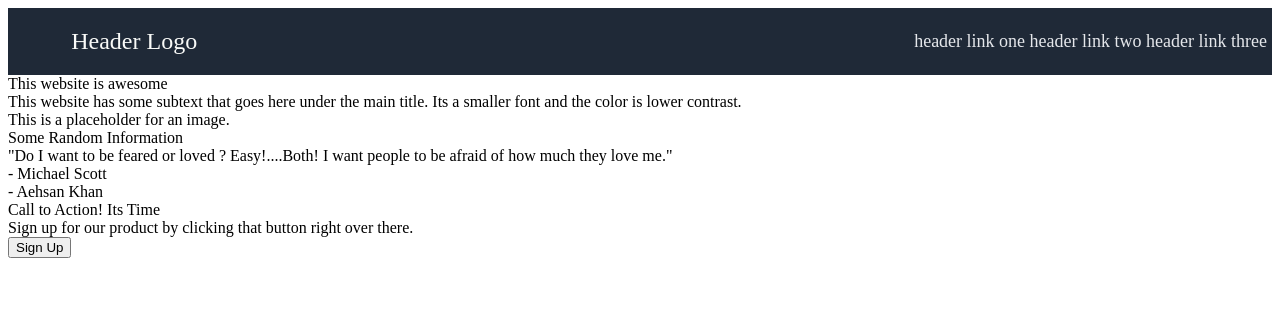
Repository: Aehsan4004/odinlandpage
Page: index.html
The author's editor kept a copy of each file at every save. The page is drawn from the files as they stood at one save, then again after the next save.
The browser window is 1280 px wide. The pictures show the whole page.

Above is the page before, as saved 2025-02-10 09:17:09.

### index.html
<!DOCTYPE html>
<html lang="en">
<head>
    <meta charset="UTF-8">
    <meta name="viewport" content="width=device-width, initial-scale=1.0">
    <title>Odin Project Landing Page</title>
    <link rel="stylesheet" href="styles.css">
</head>
<body>
    <div class="one">
        <div class="logo">
            Header Logo
        </div>
        <div class="head-links">
            <ul>
                <a>header link one</a>
                <a>header link two</a>
                <a>header link three</a>
            </ul>
        </div>
    </div>

    <div class="two">
        <div class="left-box">
            <div class="title">
                This website is awesome
            </div>

            <div class="content">
                This website has some subtext that goes here under the main title. Its a smaller font and the color is lower contrast.
            </div>

        </div>
        <div class="right-box">
            This is a placeholder for an image.
        </div>

    </div>

    <div class="three">
        <div class="opt-head">
            Some Random Information
        </div>
        <div class="menu-box">
            <div class="box" id="1"></div>
            <div class="box" id="2"></div>
            <div class="box" id="3"></div>
            <div class="box" id="4"></div>
        </div>

    </div>

    <div class="four">
        <div class="quote">
            "Do I want to be feared or loved ?
             Easy!....Both!
             I want people to be afraid of how much they love me."
        </div>
        <div class="quoter"> - Michael Scott</div>
        <div class="requoter"> - Aehsan Khan</div>
    </div>

    <div class="five">
        <div class="foot-box">
            <div class="call2act">
                <div class="main"> Call to Action! Its Time</div>
                <div class="supp">Sign up for our product by clicking that button right over there.</div>
            </div>
            <button class="signup-btn">Sign Up</button>
        </div>

    </div>
</body>
</html>

### styles.css
body {
    display: flex;
    flex-direction: column;
    /* flex: 1 1 100%; */
    /* min-height: 100%; */
    /* align-items: center; */
    justify-content: center;
}

.one {
    display: flex;
    justify-content: space-between;
    align-items: center;
    background-color: #1f2937;
}

.logo {
    font-size: 24px;
    color: #f9faf8;
    margin-left: 5%;
}

.head-links {
    color: #e5e7eb;
    font-size: 18px;
    margin: 5px;
}

After the next save:
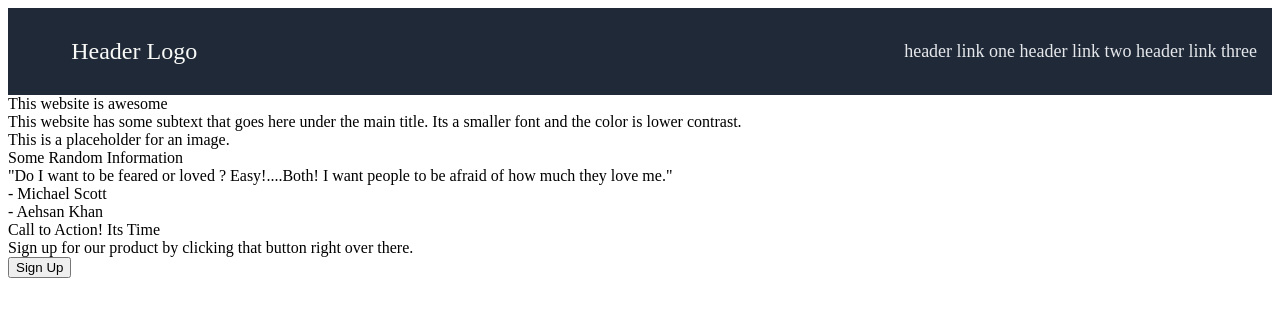
Saved 35 s later.
--- a/styles.css
+++ b/styles.css
@@ -23,5 +23,5 @@ body {
 .head-links {
     color: #e5e7eb;
     font-size: 18px;
-    margin: 5px;
+    margin: 15px;
 }
